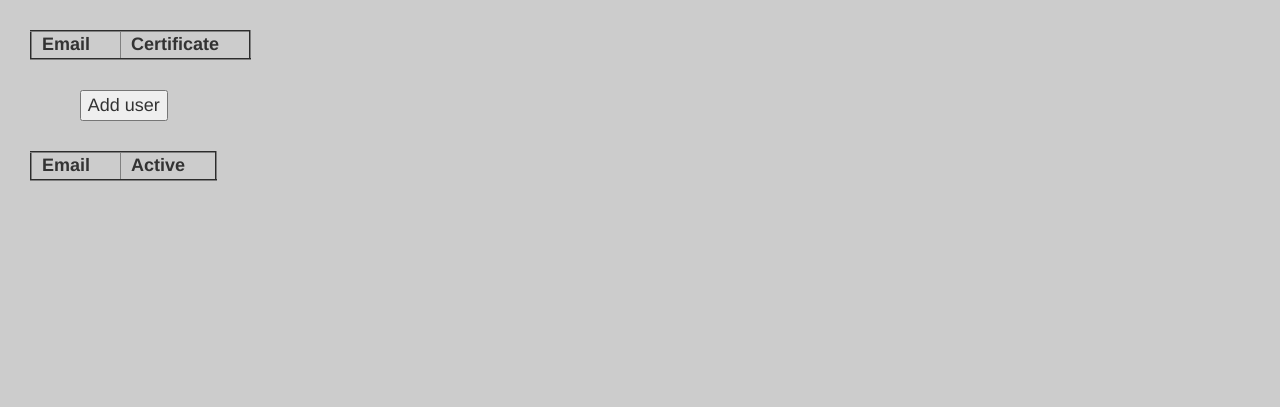
Repository: marijabroceta/ProjekatIB
Page: IB_Project_Shell/src/main/resources/static/main_page.html
The author's editor kept a copy of each file at every save. The page is drawn from the files as they stood at one save, then again after the next save.
The browser window is 1280 px wide. The pictures show the whole page.
The page's requests for data from a server got no answer.

Above is the page before, as saved 2018-06-30 19:01:51.

### IB_Project_Shell/src/main/resources/static/main_page.html
<!DOCTYPE html>
<html>
<head>
	<title>Main</title>
	<script src="js/jquery-2.1.4.min.js"></script>
	<link rel="stylesheet" type="text/css" href="bootstrap/css/bootstrap.min.css"/>
    <script src="bootstrap/js/bootstrap.min.js"></script>
    <link rel="stylesheet" type="text/css" href="css/main_page.css">
    <script src="js/main_page.js" type="text/javascript"></script>
</head>
<body>
	<div id="table">
		<table id="users_table" border="2">
			<tr>
				<th>Email</th>
				<th>Certificate</th>
			</tr>
		</table>
		<div id="buttons">
			<button id="add_user">Add user</button>
			<button id="activate_user">Activate user</button>
		</div>

		<div id="add_form">
			<form name="add_user_form" method="post" id="add_user_form">
		       	<label for="email">Email</label>
		 		<input type="text" id="email" name="email"><br>
		 		<label for="password">Password</label>
		 		<input type="password" id="password" name="password"><br>
		 		<input type="submit" name="submit" id="submit" value="submit" class="button" /><br>
		 		<input type="button" name="cancel" id="cancel" value="cancel" class="button" />
	    	</form>
		</div>
		<div id="table_inactive">
			<table id="users_inactive" border="2">
			<tr>
				<th>Email</th>
				<th>Active</th>
			</tr>
		</table>
		</div>
	</div>

</body>
</html>

### IB_Project_Shell/src/main/resources/static/css/main_page.css
#table{
	/*position: absolute;
    top: 20%;
    left: 30%;
    right: 30%;
    bottom: 20%;*/
    margin-top: 30px;
    margin-left: 30px;
    font-size: 18px;
}

#table_inactive{
	margin-top: 30px;

    font-size: 18px;
}

th{
	padding-right: 30px;
	padding-left: 10px;
}

body {
    text-align: center;
    background: #ccc;
}

#buttons{
	margin-top: 30px;
	margin-right: 85%;
}



#add_form{
	margin-top: 30px;
}

label,input {
 display: block;
width: 200px;
 float: left;
 margin-left: 20px;
 margin-bottom: 10px;

}

label {
 text-align: right;
 width: 75px;
 padding-right: 20px;

}

br {
 clear: left;
}

#submit,#cancel{
	margin-left:115px;
}

### IB_Project_Shell/src/main/resources/static/js/main_page.js
$(document).ready(function(){

	var token = localStorage.getItem("token");
	console.log(token);
	var logged = null;
	var activate_user = $('#activate_user');
	$('#add_form').hide();
	activate_user.hide();

	$.ajax({
		url: "https://localhost:8443/api/users/logged",
		type: 'GET',
		headers: { "Authorization": "Bearer " + token},
		contentType : "application/json",
		dataType:'json',
		crossDomain: true,
		success : function(response) {

			console.log("logged " + response.authorities[0].name);
			logged = response;
			if(logged.authorities[0].name == "ADMIN"){
				activate_user.show();
				activate_user.on('click',function(e){
					$.ajax({
						headers:{"Authorization" :"Bearer " + token},
						contentType: 'application/json',
						type: 'GET',
						dataType:'json',
						crossDomain: true,
						url:'https://localhost:8443/api/users/inactive',
						success:function(response){

						}
					});
				});
			}
		},
		error: function (jqXHR, textStatus, errorThrown) {
			console.log(jqXHR.status);
			console.log(jqXHR);

		}
	});


	$.ajax({

		headers:{"Authorization" :"Bearer " + token
			},
		contentType: 'application/json',
		type: 'GET',
		dataType:'json',
		crossDomain: true,
		url:'https://localhost:8443/api/users',
		success:function(response){
			table_header();
			var table = $('#users_table');
			for(var i=0; i<response.length; i++) {
				user = response[i];
				console.log(user);
				table.append('<tr class="data">'+
								'<td>'+user.email+'</td>'+
								'<td>'+user.authorities[0].name+'</td>'+
								'<td><button class="btn btn-default">Download</button></td>'+
							'</tr>');
			}
		},
		error: function (jqXHR, textStatus, errorThrown) {
			console.log(jqXHR);
			alert(textStatus);
		}
	});




	$('#add_user').on('click',function(e){
		$('#add_form').show();
		e.preventDefault();
		return false;
	});

	$('#cancel').on('click',function(e){
		$('#add_form').hide();
		e.preventDefault();
		return false;
	});

	$('input#submit').on('click',function(e){

		console.log("submit");
		var email = $('#email').val().trim();
		var password = $('#password').val().trim();

		var data = {
				'email':email,
				'password':password
			}
			console.log(data);
		$.ajax({
				type: 'POST',
		        contentType: 'application/json',
		        headers:{"Authorization" :"Bearer " + token,
		        	"Access-Control-Allow-Origin": "*"},
		        url: 'https://localhost:8443/api/users/save',
		        data: JSON.stringify(data),
		        dataType: 'json',
		        crossDomain: true,
				cache: false,
				processData: false,
				success:function(response){
					alert("Created");
				},
				error: function (jqXHR, textStatus, errorThrown) {
					console.log(jqXHR);
					alert(textStatus);
				}
		});
		e.preventDefault();
		return false;
	});
});

function table_header(){
	var table = $('#users_table');
	table.empty();
	table.append('<tr>'+
					'<th>Email</th>'+
					'<th>Role</th>'+
					'<th>Certificate</th>'+
				'</tr>');
}

function table_header_inactive(){
	var table = $('#users_inactive');
	table.empty();
	table.append('<tr>'+
					'<th>Email</th>'+
					'<th>Active</th>'+

				'</tr>');
}

function get_users(){

}

Loaded but not shown: IB_Project_Shell/src/main/resources/static/js/jquery-2.1.4.min.js (library); IB_Project_Shell/src/main/resources/static/bootstrap/css/bootstrap.min.css (library); IB_Project_Shell/src/main/resources/static/bootstrap/js/bootstrap.min.js (library)

After the next save:
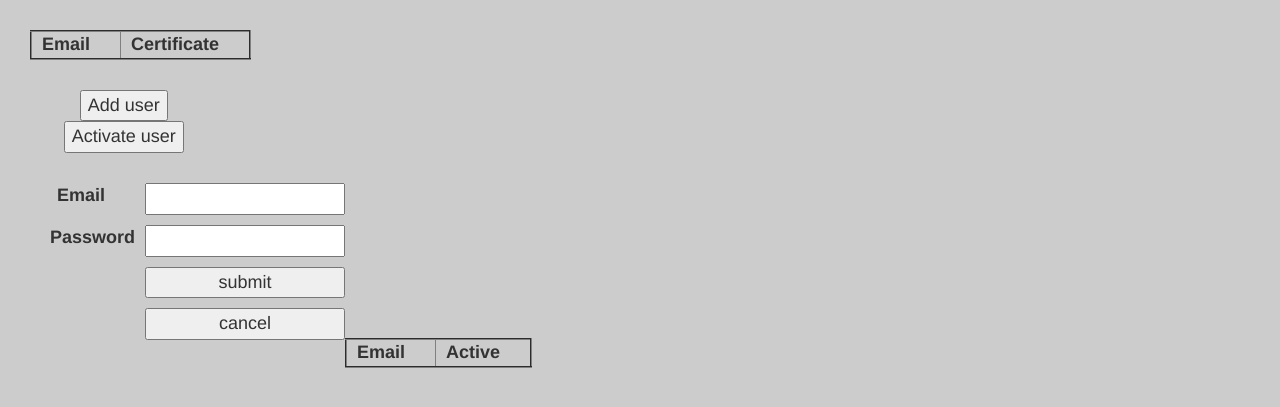
Console error: SyntaxError: missing ) after argument list
Saved 2 min 10 s later.
--- a/IB_Project_Shell/src/main/resources/static/js/main_page.js
+++ b/IB_Project_Shell/src/main/resources/static/js/main_page.js
@@ -29,7 +29,17 @@
 						crossDomain: true,
 						url:'https://localhost:8443/api/users/inactive',
 						success:function(response){
-
+							table_header_inactive();
+							var table = $('#users_inactive');
+							for(var i=0; i<response.length; i++) {
+								user = response[i];
+								console.log(user);
+								table.append('<tr class="data">'+
+												'<td>'+user.email+'</td>'+
+												'<td>'+user.active'</td>'+
+												'<td><button class="btn btn-default">Download</button></td>'+
+											'</tr>');
+							}
 						}
 					});
 				});

After the 2 saves that followed:
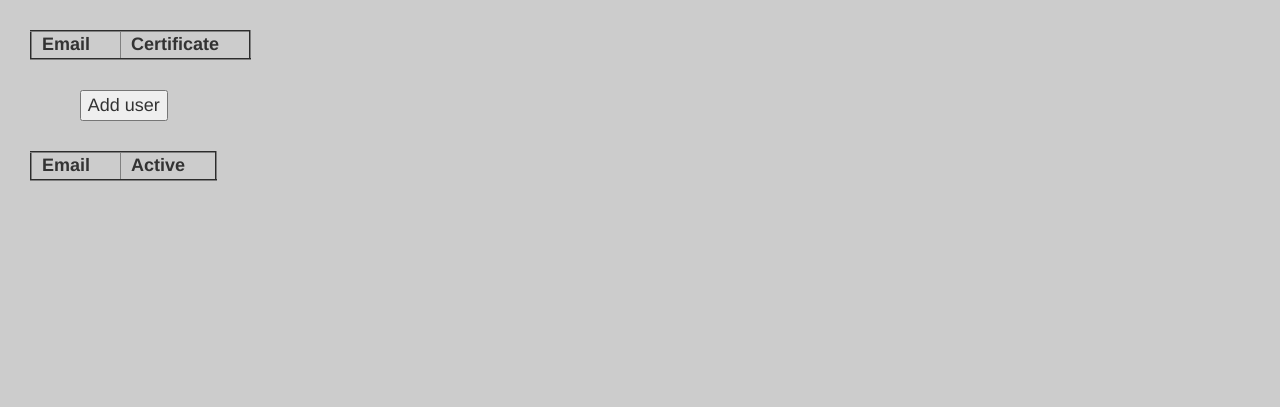
The error is gone.
The 2 saves are shown as one change because 1 left the picture as it was.
The last was saved 6 min 30 s later.
--- a/IB_Project_Shell/src/main/resources/static/js/main_page.js
+++ b/IB_Project_Shell/src/main/resources/static/js/main_page.js
@@ -36,8 +36,8 @@
 								console.log(user);
 								table.append('<tr class="data">'+
 												'<td>'+user.email+'</td>'+
-												'<td>'+user.active'</td>'+
-												'<td><button class="btn btn-default">Download</button></td>'+
+												'<td>'+user.active+'</td>'+
+												'<td><button class="btn btn-default">Activate</button></td>'+
 											'</tr>');
 							}
 						}
